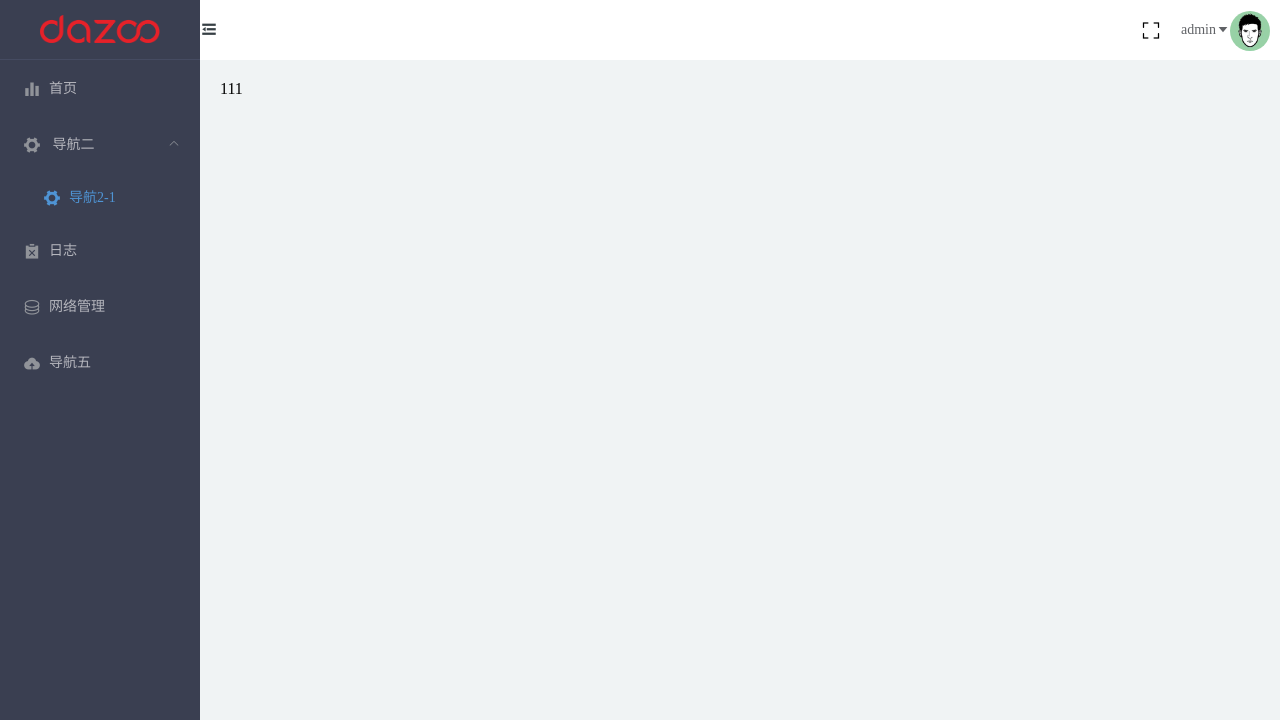
Repository: TomGodb/dazoo-admin
Page: /#/dashbord/aaa
An editor plug-in stored every save of this project. The page is shown before and after the next save, followed by the edit.
The browser window is 1280 px wide. The pictures show the whole page.
The project was rebuilt for these pictures with package versions that can differ from the ones it lists, and the page was loaded fresh each time. Also part of the build but not shown: vue.config.js, src/components/SlideVerify/index.vue, src/utils/request.js, src/views/login/http.js, src/views/login/index.vue.

Above is the page before, as saved 2021-01-23 11:54:35.

### public/index.html
<!DOCTYPE html>
<html lang="">
  <head>
    <meta charset="utf-8">
    <meta http-equiv="X-UA-Compatible" content="IE=edge">
    <meta name="viewport" content="width=device-width,initial-scale=1.0">
    <link rel="icon" href="<%= BASE_URL %>favicon.ico">
    <title>运维管理后台</title>
  </head>
  <body>
    <noscript>
      <strong>We're sorry but <%= htmlWebpackPlugin.options.title %> doesn't work properly without JavaScript enabled. Please enable it to continue.</strong>
    </noscript>
    <div id="app"></div>
    <!-- built files will be auto injected -->
  </body>
</html>

### src/main.js
import Vue from "vue";
import App from "./App.vue";
import router from "./router";
import store from "./store";
import ElementUI from 'element-ui';
import 'element-ui/lib/theme-chalk/index.css';
import "@/style/element.less";
Vue.config.productionTip = false;
Vue.use(ElementUI);
new Vue({
  router,
  store,
  render: h => h(App)
}).$mount("#app");

### src/App.vue
<template>
  <div id="app">
    <!-- <div id="nav">
      <router-link to="/">Home</router-link> |
      <router-link to="/about">About</router-link>
    </div> -->
    <router-view />
  </div>
</template>

<style lang="less">
* {
  padding: 0;
  margin: 0;
}
body,
html {
  height: 100%;
}
#app {
  font-family: "\5FAE\8F6F\96C5\9ED1";
  height: 100%;
}

// #nav {
//   padding: 30px;
//   a {
//     font-weight: bold;
//     color: #2c3e50;
//     &.router-link-exact-active {
//       color: #42b983;
//     }
//   }
// }
</style>

### src/router/index.js
import Vue from "vue";
import VueRouter from "vue-router";

import login from "@v/login/index.vue";
import Home from "@/Home/index.vue";
Vue.use(VueRouter);
import module from './modole'

export const currencyRoutes = [{
    path: "/",
    name: "login",
    component: login,
  },
  {
    path: "/Home",
    name: "Home",
    component: Home,
    redirect: "/dashbord",
    children: module,

  },
];
const router = new VueRouter({
  mode: "hash",
  base: process.env.BASE_URL,
  routes: currencyRoutes
});

export default router;

### src/store/index.js
import Vue from "vue";
import Vuex from "vuex";
import getters from "./getters"

Vue.use(Vuex);
export default new Vuex.Store({
  state: {
    opened: false
  },
  mutations: {
    SET_OPENED(state) {
      state.opened = !state.opened;
    },
  },
  actions: {},
  modules: {},
  getters
});

### src/style/element.less
.el-menu--collapse .el-submenu__title{
    span{
        display: none;
    }
    .el-submenu__icon-arrow {
        display: none;
    }
}
.el-header{
    height: 60px;
    position: fixed;
    top: 0;
    width: 100%;
    left: 0;
    z-index: 999;
    padding: 0px !important;
}
.table-expand {
    font-size: 0;
    & label{
        width: 90px;
        color: #99a9bf;
    }
    & .el-form-item {
        margin-right: 0;
        margin-bottom: 0;
        width: 50%;
      }
  }

### src/Home/index.vue
<template>
  <div class="home-container">
    <el-container>
      <el-header> <m-header></m-header></el-header>
      <el-container>
        <el-aside :width="opened ? '64px' : '200px'">
          <el-menu
            :default-active="activeMenu"
            class="el-menu-vertical-demo"
            background-color="#3a3f51"
            text-color="#b5b6bd"
            active-text-color="rgb(79, 148, 212)"
            mode="vertical"
            :collapse-transition="false"
            router
            :collapse="opened"
          >
            <NavMenu :navMenus="menuData"></NavMenu>
          </el-menu>
        </el-aside>
        <el-main>
          <div class="wrapper_con">
            <transition name="fade-page" mode="out-in">
              <router-view></router-view>
            </transition>
          </div>
        </el-main>
      </el-container>
    </el-container>
    <!-- <el-container>
      <el-aside :width="opened ? '64px' : '200px'">
        <el-menu
          :default-active="activeMenu"
          class="el-menu-vertical-demo"
          background-color="#3a3f51"
          text-color="#b5b6bd"
          active-text-color="rgb(79, 148, 212)"
          mode="vertical"
          :collapse-transition="false"
          router
          :collapse="opened"
        >
          <NavMenu :navMenus="menuData"></NavMenu>
        </el-menu>
      </el-aside>
      <el-container>
        <el-header>
          <m-header></m-header>

        </el-header>
        <el-main>
          <transition name="fade-page" mode="out-in">
            <router-view></router-view>
          </transition>
        </el-main>
      </el-container>
    </el-container> -->
  </div>
</template>

<script>
import NavMenu from "./NavMenu";
import { mapGetters } from "vuex";
import MHeader from "./Header";
import { menuData } from "./NavMenu/meunDataRouter";
export default {
  components: {
    NavMenu,
    MHeader,
  },
  data() {
    return {
      menuData,
    };
  },
  computed: {
    activeMenu() {
      return this.$route.path;
    },
    ...mapGetters(["opened"]),
  },
};
</script>

<style lang="less" scoped>
.home-container {
  height: 100%;
  .el-aside {
    margin-top: 60px;
    transition: width 0.3s;
    overflow: hidden;
    background-color: rgb(58, 63, 81);
  }
  .el-menu {
    border-right: 0px !important;
  }
  .fade-page-enter-active,
  .fade-page-leave-active {
    transition: all 0.5s;
  }
  .fade-page-enter {
    opacity: 0;
    transform: translateX(-30px);
  }
  .fade-page-leave-to {
    opacity: 0;
    transform: translateX(-30px);
  }
}
.el-container {
  height: 100%;
}
.el-main {
  background-color: #f0f3f4;
}
.wrapper_con {
  margin-top: 60px;
  height: calc(100% - 60px);
}
</style>

### src/router/modole/index.js
import aaa from './aaa'
let routesArray = []

let toArray = (pages) => {
  Object.keys(pages).forEach((key) => {
    let obj = pages[key]
    Object.keys(obj).forEach((key) => {
      routesArray.push(obj[key])
    })
  })
}
toArray([aaa])

export default routesArray

### src/store/getters.js

const getters ={
    opened(state){
        return state.opened
    }
}
export default getters;

### src/Home/NavMenu/index.vue
<template>
  <div class="navMenu">

    <template v-for="navMenu in navMenus">
      <!-- 最后一级菜单 -->
      <el-menu-item
        v-if="!navMenu.children && navMenu"
        :key="navMenu.id"
        :data="navMenu"
        :index="navMenu.path"
      >
        <i :class="navMenu.meta.icon"></i>
        <span slot="title">{{ navMenu.meta.title }}</span>
      </el-menu-item>
      <!-- 此菜单下还有子菜单 -->
      <el-submenu
        v-if="navMenu.children && navMenu"
        :key="navMenu.id"
        :data="navMenu"
        :index="navMenu.path"
      >
        <template slot="title">
          <i :class="navMenu.meta.icon"></i>
          <span> {{ navMenu.meta.title }}</span>
        </template>
        <!-- 递归 -->
        <NavMenu :navMenus="navMenu.children"></NavMenu>
      </el-submenu>
    </template>
  </div>
</template>

<script>
import { mapGetters } from "vuex";
export default {
  computed: {
    ...mapGetters(["opened"]),
  },
  name: "NavMenu",
  props: ["navMenus"],
  data() {
    return {};
  },
  methods: {},
};
</script>
<style lang="less" scoped>

</style>

### src/Home/Header/index.vue
<template>
  <div class="sideCollapse">
    <header-l></header-l>
    <div class="sideCollapse-left" id="domColapse">
      <i
        :class="{ 'el-icon-s-unfold': opened, 'el-icon-s-fold': !opened }"
        @click="toggleOpen()"
      ></i>
    </div>
    <div class="sideCollapse-right">
      <user-dropdown></user-dropdown>
    </div>
  </div>
</template>

<script>
import { mapGetters } from "vuex";
import UserDropdown from "./UserDropdown";
import headerL from "./logo";
export default {
  components: {
    UserDropdown,
    headerL,
  },
  computed: {
    ...mapGetters(["opened"]),
  },
  methods: {
    toggleOpen() {
      this.$store.commit("SET_OPENED");
    },
  },
};
</script>
<style lang="less" scoped>
.sideCollapse-left {
  float: left;
  font-size: 18px;
  color: #363f44;
  cursor: pointer;
}
.sideCollapse {
  background-color: white;
  line-height: 60px;
  height: 100%;
}
.sideCollapse-right {
  float: right;
}
.header_l {
  transition: width 0.3s;
  float: left;
  background-color: #3a3f51;
  border-bottom: 1px solid #454b61;
  width: 200px;
  height: 59px;
  text-align: center;
  font-size: 15px;
  font-weight: 700;
  img {
    height: 28px;
    vertical-align: middle;
    position: relative;
    top: -3px;
  }
}
</style>

### src/Home/NavMenu/meunDataRouter.js
const menuData = [{
        id: 1,
        meta: {
            title: "首页",
            icon: "el-icon-s-data"
        },
        path: "/dashbord",
    },
    {
        id: 2,
        meta: {
            title: "导航二",
            icon: "el-icon-s-tools"
        },
        path: "/dashbord/aaa",

        children: [{

            path: "/dashbord/aaa",
            meta: {
                title: "导航2-1",
                icon: "el-icon-s-tools"
            },
        }]
    },
    {
        id: 3,
        meta: {
            title: "日志",
            icon: "el-icon-s-release"
        },
        path: "/",
    },
    {
        id: 4,
        meta: {
            title: "网络管理",
            icon: "el-icon-coin"
        },
        path: "/",
    },
    {
        id: 5,
        meta: {
            title: "导航五",
            icon: "el-icon-upload"
        },
        path: "/",
    },
]

export {
    menuData
}

### src/router/modole/aaa.js
export default [{
        path: "/dashbord",
        name: "Dashbord",
        component: () => import("@v/dashbord"),
        meta: {
            title: "首页",
            icon: "el-icon-s-data"
        }
    },
    {
        path: "/dashbord/aaa",
        name: "aaa",
        component: () => import("@v/aaa"),
        meta: {
            title: "aaa",
            icon: "el-icon-s-data"
        }
    },
]

### src/Home/Header/UserDropdown.vue
<template>
  <div>
    <div class="hoverBag" @click="toggleFull">
      <i class="el-icon-full-screen iconFont"></i>
    </div>
    <el-dropdown class="userDd hoverBag" @command="handleCommand">
      <div class="userDrop">
        <span class="userDrop_text">
          admin<i class="el-icon-caret-bottom"></i
        ></span>
        <img src="@a/ImgSrc/header_images/user01.jpg" alt="user" />
      </div>
      <el-dropdown-menu solt="dropdown">
        <el-dropdown-item
          v-for="(item, index) in dropdownList"
          :key="index"
          :command="index"
        >
          <i :class="item.icon"></i>{{ item.title }}
        </el-dropdown-item>
        <!-- <el-dropdown-item>
          <i class=""></i>
        </el-dropdown-item>
        <el-dropdown-item divided>
          <i class=""></i>
        </el-dropdown-item> -->
      </el-dropdown-menu>
    </el-dropdown>
  </div>
</template>
<script>
import screenfull from "screenfull";
export default {
  data() {
    return {
      dropdownList: [
        {
          icon: "el-icon-s-home",
          title: "首页",
          path: "/Home",
        },
        {
          icon: "el-icon-s-custom",
          title: "个人信息",
          path: "/dashbord/aaa",
        },
        {
          icon: "el-icon-switch-button",
          title: "登出",
          path: "/",
        },
      ],
    };
  },
  methods: {
    handleCommand(index) {
      this.$router.push(this.dropdownList[index].path);
    },
    toggleFull() {
      screenfull.toggle();
    },
  },
};
</script>
<style lang="less" scoped>
.iconFont {
  font-size: 20px;
  vertical-align: middle;
}
.userDrop img {
  vertical-align: middle;
  display: inline-block;
  width: 40px;
  height: 40px;
  border-radius: 50%;
  vertical-align: middle;
}

.hoverBag {
  cursor: pointer;
  height: 100%;
  padding: 0px 10px;
  float: left;
}
.hoverBag:hover {
  background: #f0f3f4;
}
</style>

### src/Home/Header/logo.vue
<template>
  <div>
    <div class="header_l" :style="{ width: opened ? '64px' : '200px' }">
      <img
        :src="
          require(opened
            ? '@a/ImgSrc/Home-logo/dazoo-logo.png'
            : '@a/ImgSrc/Home-logo/logo.jpg')
        "
        alt="logo"
        title="logo"
      />
    </div>
  </div>
</template>
<script>
import { mapGetters } from "vuex";
export default {
  computed: {
    ...mapGetters(["opened"]),
  },
};
</script>
<style lang="less" scoped>
.header_l {
  transition: width 0.3s;
  float: left;
  background-color: #3a3f51;
  border-bottom: 1px solid #454b61;
  width: 200px;
  height: 59px;
  text-align: center;
  font-size: 15px;
  font-weight: 700;
  img {
    height: 28px;
    vertical-align: middle;
    position: relative;
    top: -3px;
  }
}
</style>

### src/views/aaa/index.vue
<template>
  <div>
    111
  </div>
</template>
<script>
export default {
  data() {
    return {};
  },
};
</script>
<style lang="less" scoped></style>

After the next save:
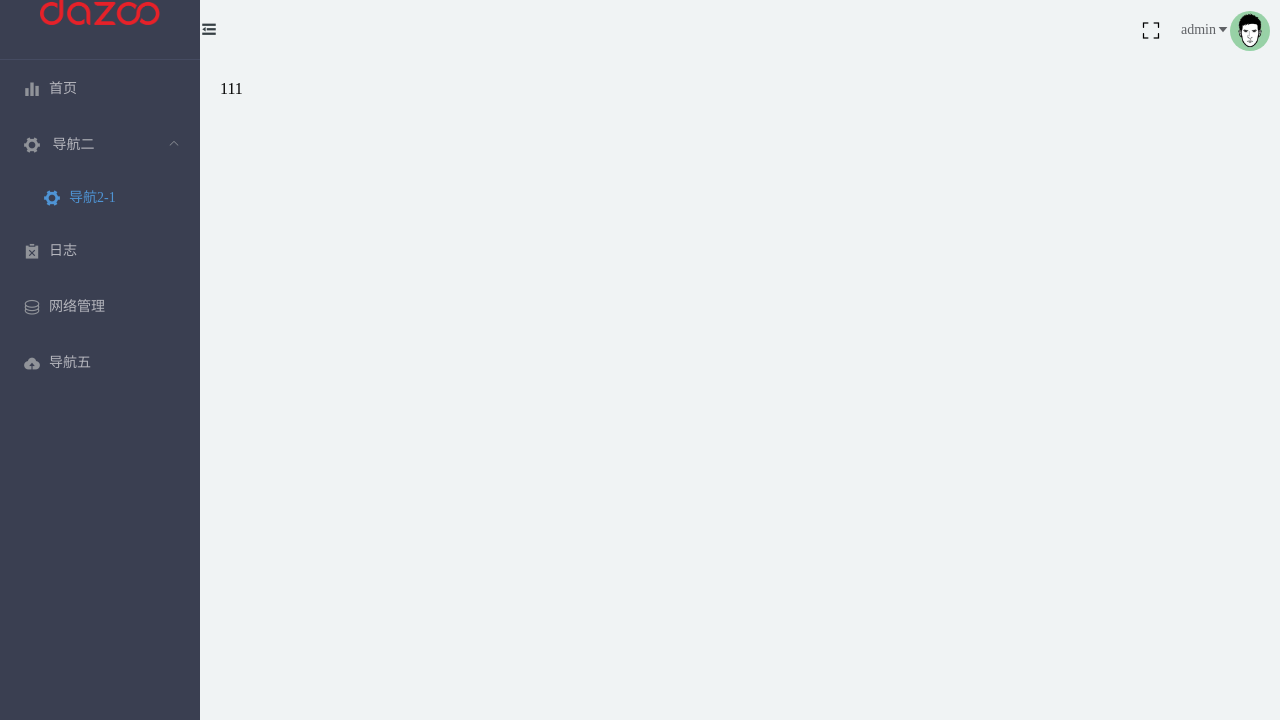
Saved 2 h 5 min later.
--- a/src/Home/Header/index.vue
+++ b/src/Home/Header/index.vue
@@ -1,6 +1,9 @@
 <template>
+<div>
+    <header-l></header-l>
+
   <div class="sideCollapse">
-    <header-l></header-l>
+
     <div class="sideCollapse-left" id="domColapse">
       <i
         :class="{ 'el-icon-s-unfold': opened, 'el-icon-s-fold': !opened }"
@@ -10,6 +13,7 @@
     <div class="sideCollapse-right">
       <user-dropdown></user-dropdown>
     </div>
+  </div>
   </div>
 </template>
 
